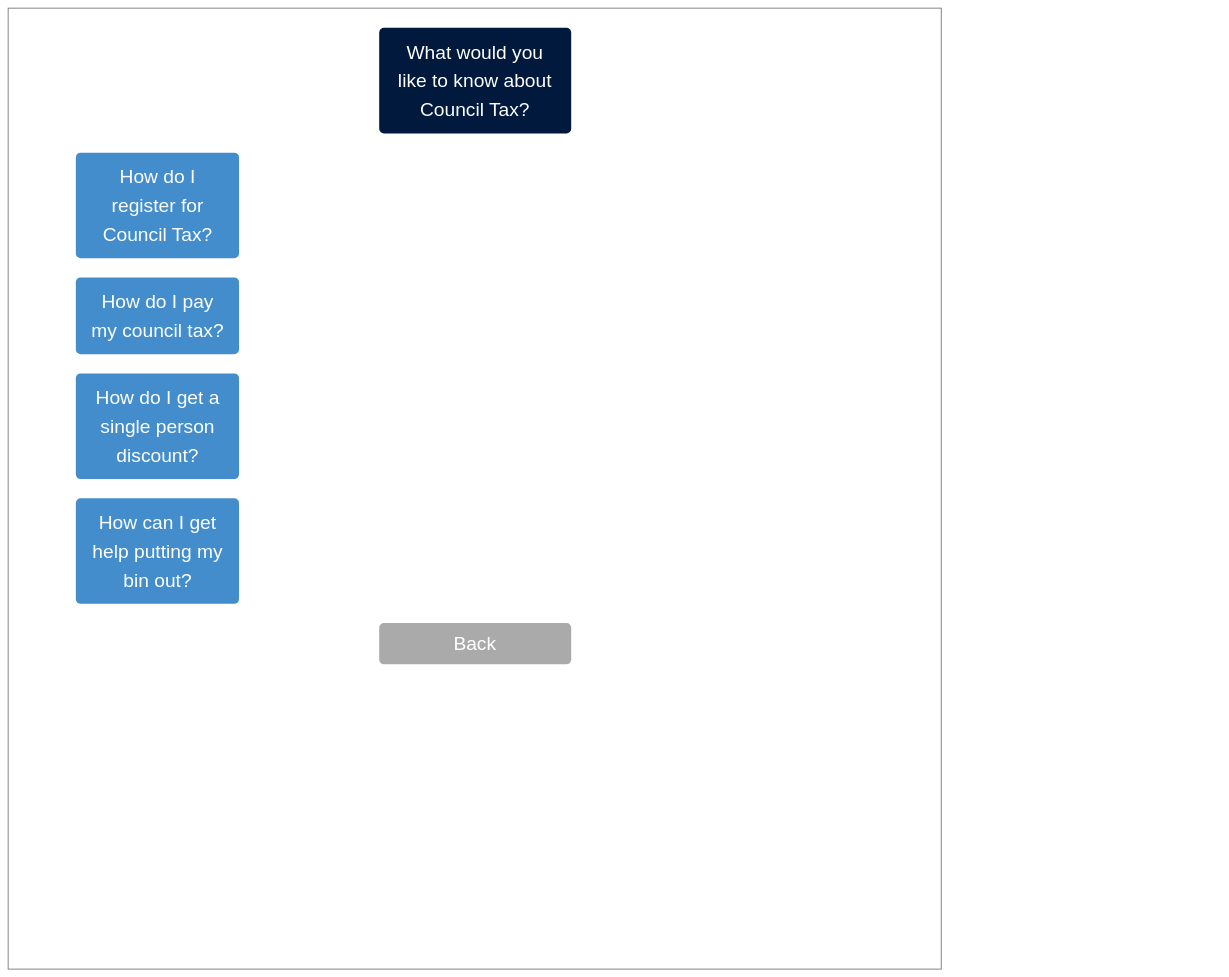
Repository: Domehead123/test
Page: index.html
The author's editor kept a record of every edit. The page is drawn from the files as they stood at one moment, then again after the next edit.
The browser window is 1280 px wide. The pictures show the whole page, at 96% of full size.
After loading, the first visible `#option2` was clicked once.

Above is the page before.

### index.html
<!DOCTYPE html>
<html lang="en">
<head>
    <meta charset="UTF-8">
    <meta name="viewport" content="width=device-width, initial-scale=1.0">
    <meta http-equiv="X-UA-Compatible" content="ie=edge">
<script src="https://ajax.googleapis.com/ajax/libs/jquery/3.4.1/jquery.min.js"></script>
    <script type="text/javascript" src="assets/new-resident.js"></script>
        <link rel="stylesheet" href="assets/style.css" type="text/css" />
    <title>Document</title>
</head>
<body>
    <div class="page-container">
    <div id="top-box">Welcome to Southampton. What would you like to know more about?</div>
    <div class="option-container" id="container0">
    <div class="bottom-box" id="option1"><span>Bins</span></div>
    <div class="bottom-box" id="option2"><span>Council Tax</span></div>
    <div class="bottom-box" id="option3"><span>Something</span></div>
    <div class="bottom-box" id="option4"><span>Something</span></div>
    <div class="bottom-box" id="option5"><span>Something</span></div>
    <div class="bottom-box" id="option6"><span>Something<span></div>
    <div class="bottom-box" id="option7"><span>Something<span></div>
    <div class="bottom-box" id="option8"><span>Something<span></div>
    </div>


    <div class="option-container" id="container1">
    <div class="bottom-box" id="option1"><span>When will my bin be collected?</span></div>
    <div class="bottom-box" id="option2"><span>How can I change my bin size?</span></div>
    <div class="bottom-box" id="option3"><span>How do I report a lost bin?</span></div>
    <div class="bottom-box" id="option4"><span>How can I get help putting my bin out?</span></div>
    </div>

    <div class="option-container" id="container2">
    <div class="bottom-box" id="option1"><span>How do I register for Council Tax?</span></div>
    <div class="bottom-box" id="option2"><span>How do I pay my council tax?</span></div>
    <div class="bottom-box" id="option3"><span>How do I get a single person discount?</span></div>
    <div class="bottom-box" id="option4"><span>How can I get help putting my bin out?</span></div>
    </div>

    <div id="restart">Back</div>
</body>
</html>

### assets/new-resident.js

$(document).ready(function() {


$(".bottom-box").click(function() {
    $('#restart').show();
    $("#container0").hide();
});


$("#option1").click(function() {
   $("#top-box").text("What would you like to know about bins?");
   $("#container1").show().css("display", "flex");
});

$("#option2").click(function() {
   $("#top-box").text("What would you like to know about Council Tax?")
      $("#container2").show();
});


$('#restart').click(function() {
    location.reload();
});


});

### assets/style.css

.page-container {
    max-width: 871px;
    background: #fff;
    border: 1px solid grey;
    padding: 0 50px;
    height: 1000px;
}


#top-box {
    background: #00193c;
    color: #fff;
    border-radius: 5px;
    box-sizing: border-box;
    width: 200px;
    text-align: center;
    margin: 20px auto;
    font-family: "franklin-gothic-urw",sans-serif;
    font-size: 20px;
    line-height: 30px;
    padding: 10px 15px;
}

.option-container {
text-align: center;
display: flex;
flex-wrap: wrap;
justify-content: center;
}

#container1, #container2 {
    display: none;
}

.bottom-box {
    width: 170px;
        background: #438dcc;
    color: #fff;
    border-radius: 5px;
    box-sizing: border-box;
    margin: 20px;
    font-family: "franklin-gothic-urw",sans-serif;
    font-size: 20px;
    line-height: 30px;
    padding: 10px 15px;
    transition: 0.4s all;
    display: flex;

     align-items: center;
     text-align: center;

}

.bottom-box span {
  margin: 0 auto;
}

.bottom-box span a {
    color: #fff!important;
    text-decoration: none !important;
}

.bottom-box:hover {
    background: #00193c;
}

#restart {
        background: #aaa;
    color: #fff;
    border-radius: 5px;
    box-sizing: border-box;
    width: 200px;
  margin: 20px auto;
    font-family: "franklin-gothic-urw",sans-serif;
        padding: 10px 15px;
        font-size: 20px;
        text-align: center;
        transition: 0.4s all;
        display:none;

}

#restart:hover {
    background: #000;
}

After the next edit:
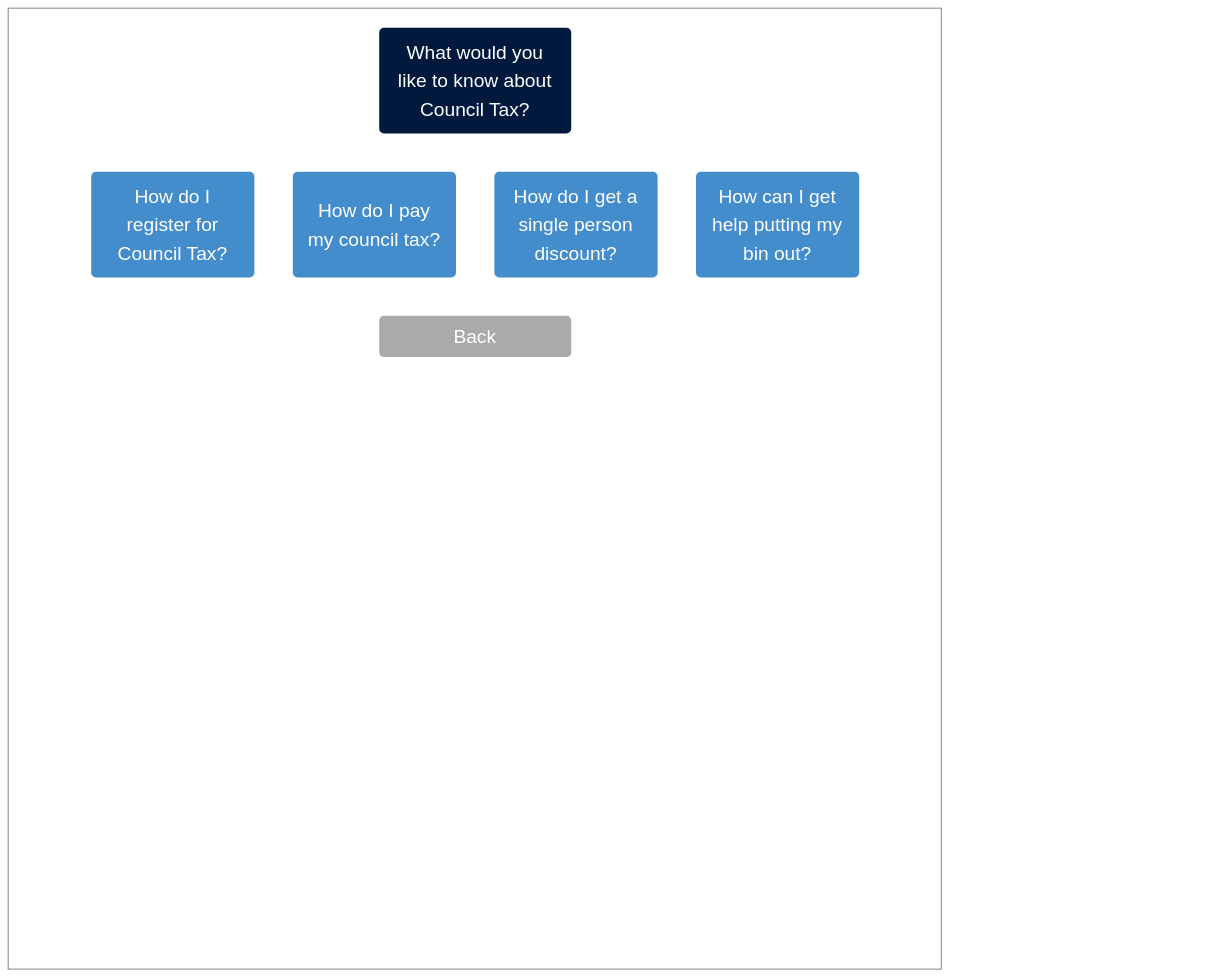
The edit:
--- a/assets/new-resident.js
+++ b/assets/new-resident.js
@@ -15,7 +15,7 @@
 
 $("#option2").click(function() {
    $("#top-box").text("What would you like to know about Council Tax?")
-      $("#container2").show();
+      $("#container2").css("display", "flex");
 });
 
 
